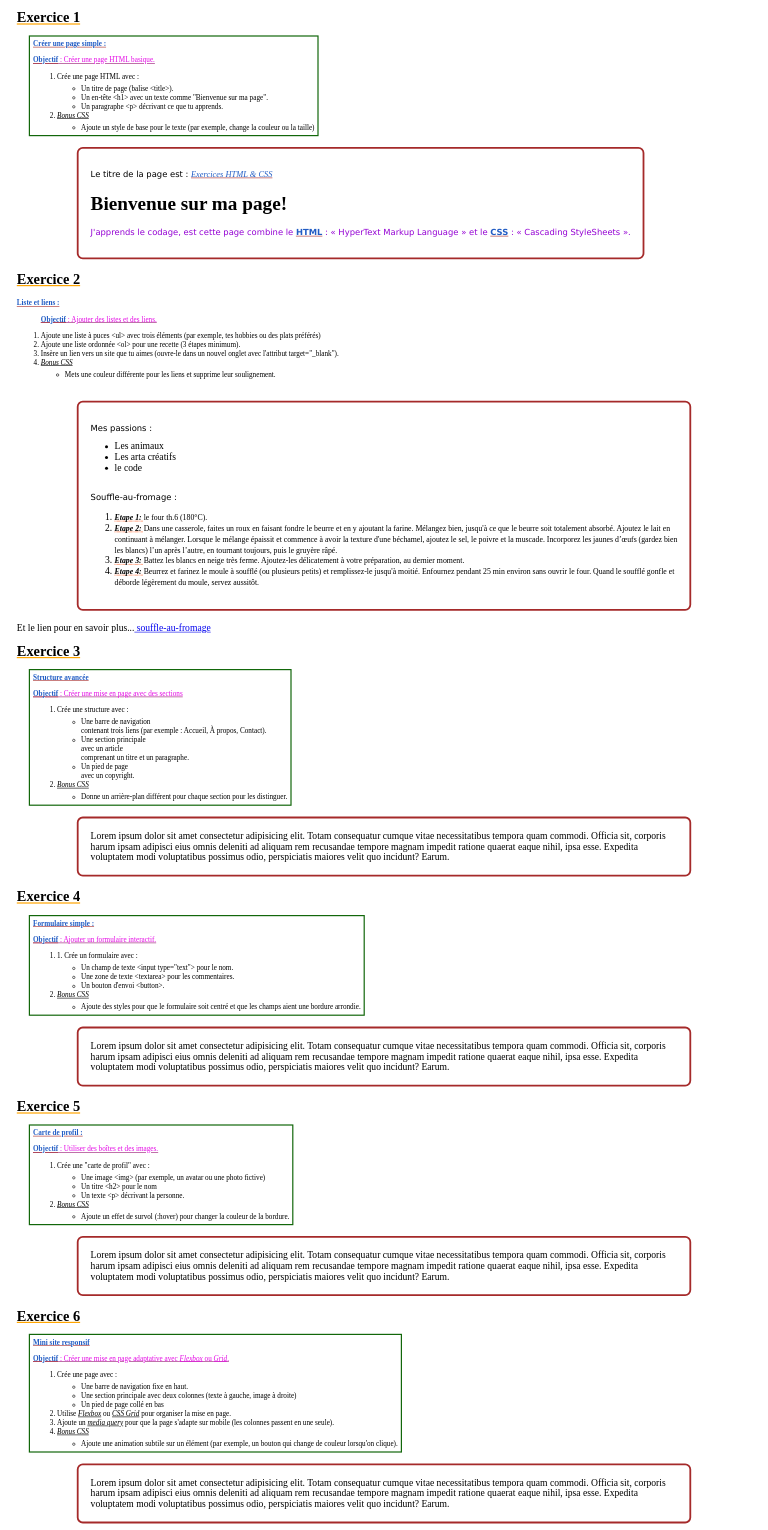
Repository: AnnaSpirit/Mimo_App
Page: Exercices_HTML&CSS.html
These files come from the project's save history. The page is drawn as it stood at one moment and after the next save; the edit follows.
The browser window is 1280 px wide. The pictures show the whole page, at 60% of full size.

Above is the page before, as saved 2024-12-08 15:47:21.

### Exercices_HTML&CSS.html
<!DOCTYPE html>
<html lang="en">
<head>
    <meta charset="UTF-8">
    <meta name="viewport" content="width=device-width, initial-scale=1.0">
    <link rel="stylesheet" href="styleCSS.css">
    <title>Exercices HTML & CSS</title>
</head>
<body>
<div>
    <span class="Ex">
    <h1>Exercice 1</h1>
    <span class="Consigne"><b>Créer une page simple :</b><br>
        <p><b>Objectif</b> : Créer une page HTML basique.</p>
        <ol>
            <li>Crée une page HTML avec :
                <ul>
                    <li>Un titre de page (balise &lt;title&gt;).</li>
                    <li>Un en-tête &lt;h1&gt; avec un texte comme "Bienvenue sur ma page".</li>
                    <li>Un paragraphe &lt;p&gt; décrivant ce que tu apprends.</li>
                </ul>
            </li>
            <li><em>Bonus CSS</em>
                <ul>
                    <li>Ajoute un style de base pour le texte (par exemple, change la couleur ou la taille)</li>
                </ul>
            </li>
        </ol>
    </span>
    </span>
    <br>
    <br>
    <span class="Resultat">
        <div>
            <span>
                <p>Le titre de la page est : <em>Exercices HTML & CSS</em>
                <h1>Bienvenue sur ma page!</h1>
                <p id="apprend">
                    J'apprends le codage, est cette page combine le <b>HTML</b> : « HyperText Markup Language » et le <b>CSS</b> : « Cascading StyleSheets ».
                </p>
                </p>
            </span>
        </div>
    </span>

</div>
    <div>
        <span class="Ex">
        <h1>Exercice 2</h1>
        <span class="Consigne, Ex"><b>Liste et liens :</b>
        <ol>
            <p><b>Objectif</b> : Ajouter des listes et des liens.</p>
            <li>Ajoute une liste à puces &lt;ul&gt; avec trois éléments (par exemple, tes hobbies ou des plats préférés)</li>
            <li>Ajoute une liste ordonnée &lt;ol&gt; pour une recette (3 étapes minimum).</li>
            <li>Insère un lien <a> vers un site que tu aimes (ouvre-le dans un nouvel onglet avec l'attribut target="_blank").</li>
            <li><em>Bonus CSS</em>
                <ul>
                    <li>Mets une couleur différente pour les liens et supprime leur soulignement.</li>
                </ul>
            </li>
        </ol>
    </span>
    </span>
    <br>
    <br>
    <span class="Resultat">
        <p>Mes passions :</p>
            <ul>
                <li>Les animaux</li>
                <li>Les arta créatifs</li>
                <li>le code</li>
            </ul><br>
            <p>Souffle-au-fromage :</p>
            <ol>
                <li><b class="etape">Etape 1: </b>
                <span class="a_faire"> le four th.6 (180°C).</span></li>
                <li><b class="etape">Etape 2: </b>
                <span class="a_faire">Dans une casserole, faites un roux en faisant fondre le beurre et en y ajoutant la farine. Mélangez bien, jusqu'à ce que
                le beurre soit totalement absorbé. Ajoutez le lait en continuant à mélanger. Lorsque le mélange épaissit et commence à
                avoir la texture d'une béchamel, ajoutez le sel, le poivre et la muscade. Incorporez les jaunes d’œufs (gardez bien les
                blancs) l’un après l’autre, en tournant toujours, puis le gruyère râpé.</span></li>
                <li><b class="etape">Etape 3: </b>
                <span class="a_faire">Battez les blancs en neige très ferme. Ajoutez-les délicatement à votre préparation, au dernier moment.</span></li>
                <li><b class="etape">Etape 4: </b>
                <span class="a_faire">Beurrez et farinez le moule à soufflé (ou plusieurs petits) et remplissez-le jusqu'à moitié. Enfournez pendant 25 min
                environ sans ouvrir le four. Quand le soufflé gonfle et déborde légèrement du moule, servez aussitôt.</span></li>
            </ol>
            <p>Et le lien pour en savoir plus...<a href="https://www.cuisineaz.com/recettes/souffle-au-fromage-facile-et-rapide-50444.aspx#preparation" target="_blank"> souffle-au-fromage</a></p>
    </span>
    </div>
    <div>
        <span class="Ex">
        <h1>Exercice 3</h1>
        <span class="Consigne"><b>Structure avancée</b><br>
        <p><b>Objectif</b> : Créer une mise en page avec des sections</p>
        <ol>
            <li>Crée une structure avec :</li>
            <ul>
                <li>Une barre de navigation <nav> contenant trois liens (par exemple : Accueil, À propos, Contact).</li>
                <li>Une section principale <main> avec un article <article> comprenant un titre et un paragraphe.</li>
                <li>Un pied de page <footer> avec un copyright.</li>
            </ul>
            <li><em>Bonus CSS </em></li>
            <ul>
                <li>Donne un arrière-plan différent pour chaque section pour les distinguer.</li>
            </ul></li>
        </ol>
    </span>
    </span>
    <br>
    <br>
    <span class="Resultat">Lorem ipsum dolor sit amet consectetur adipisicing elit. Totam consequatur cumque vitae
        necessitatibus tempora quam commodi. Officia sit, corporis harum ipsam adipisci eius omnis deleniti ad aliquam rem
        recusandae tempore magnam impedit ratione quaerat eaque nihil, ipsa esse. Expedita voluptatem modi voluptatibus
        possimus odio, perspiciatis maiores velit quo incidunt? Earum.</span>
    </div>
    <div>
        <span class="Ex">
        <h1>Exercice 4</h1>
    <span class="Consigne"><b>Formulaire simple :</b><br>
        <p><b>Objectif</b> : Ajouter un formulaire interactif.</p>
        <ol>
            <li>1. Crée un formulaire avec :</li>
                <ul>
                    <li>Un champ de texte &lt;input type="text"&gt; pour le nom.</li>
                    <li>Une zone de texte &lt;textarea&gt; pour les commentaires.</li>
                    <li>Un bouton d'envoi &lt;button&gt;.</li>
                </ul>
            </li>
            <li><em>Bonus CSS</em>
                <ul>
                    <li>Ajoute des styles pour que le formulaire soit centré et que les champs aient une bordure arrondie.</li>
                </ul>
            </li>
        </ol>
        </span>
        </span>
        <br>
        <br>
        <span class="Resultat">Lorem ipsum dolor sit amet consectetur adipisicing elit. Totam consequatur cumque vitae
            necessitatibus tempora quam commodi. Officia sit, corporis harum ipsam adipisci eius omnis deleniti ad aliquam rem
            recusandae tempore magnam impedit ratione quaerat eaque nihil, ipsa esse. Expedita voluptatem modi voluptatibus
            possimus odio, perspiciatis maiores velit quo incidunt? Earum.</span>
        </div>
    </div>
    <div>
        <span class="Ex">
        <h1>Exercice 5</h1>
        <span class="Consigne"><b>Carte de profil :</b><br>
            <p><b>Objectif</b> : Utiliser des boîtes et des images.</p>
            <ol>
                <li>Crée une "carte de profil" avec :</li>
                    <ul>
                        <li>Une image &lt;img&gt; (par exemple, un avatar ou une photo fictive)</li>
                    <li>Un titre &lt;h2&gt; pour le nom</li>
                    <li>Un texte &lt;p&gt; décrivant la personne.</li>
                    </ul>
                <li><em>Bonus CSS</em></li>
                    <ul><li>Ajoute un effet de survol (:hover) pour changer la couleur de la bordure.</li></ul>
                </li>
            </ol>
            </span>
            </span>
            <br>
            <br>
            <span class="Resultat">Lorem ipsum dolor sit amet consectetur adipisicing elit. Totam consequatur cumque vitae
                necessitatibus tempora quam commodi. Officia sit, corporis harum ipsam adipisci eius omnis deleniti ad aliquam rem
                recusandae tempore magnam impedit ratione quaerat eaque nihil, ipsa esse. Expedita voluptatem modi voluptatibus
                possimus odio, perspiciatis maiores velit quo incidunt? Earum.</span>
    </div>
    <div>
        <span class="Ex">
        <h1>Exercice 6</h1>
    <span class="Consigne"><b>Mini site responsif</b><br>
        <p><b>Objectif</b> : Créer une mise en page adaptative avec <em class="select">Flexbox</em> ou <em class="select">Grid</em>.
    <ol>
        <li>Crée une page avec :</li>
            <ul>
                <li>Une barre de navigation fixe en haut.</li>
                <li>Une section principale avec deux colonnes (texte à gauche, image à droite)</li>
                <li>Un pied de page collé en bas</li>
            </ul>
        </li>
        <li>Utilise <em class="select">Flexbox</em> ou <em class="select">CSS Grid</em> pour organiser la mise en page.</li>
        <li>Ajoute un <em class="select">media query</em> pour que la page s'adapte sur mobile (les colonnes passent en une seule).</li>
        <li><em>Bonus CSS</em>
            <ul>
                <li>Ajoute une animation subtile sur un élément (par exemple, un bouton qui change de couleur lorsqu'on clique).</li>
            </ul>
        </li>
    </ol>
    </span>
    </span>
    <br>
    <br>
    <span class="Resultat">Lorem ipsum dolor sit amet consectetur adipisicing elit. Totam consequatur cumque vitae
        necessitatibus tempora quam commodi. Officia sit, corporis harum ipsam adipisci eius omnis deleniti ad aliquam rem
        recusandae tempore magnam impedit ratione quaerat eaque nihil, ipsa esse. Expedita voluptatem modi voluptatibus
        possimus odio, perspiciatis maiores velit quo incidunt? Earum.</span>
    </div>
</body>
</html>

### styleCSS.css
html{
    margin: 0 20px 0 20px;
}
.Ex{
    font-size: 12px;
}
.Ex h1{
    font-weight: bold;
    font-size: x-large;
    text-decoration: underline orange;
}
.Ex .Consigne{
    border: 2px solid rgb(18, 103, 10);
        /* Une bordure noire de 2px */
    padding: 5px;
        /* Espace entre le texte et la bordure */
    display: inline-block;
        /* S'assurer que la bordure s'adapte au texte */
    margin: 0 20px;
            /* Décalage de 20px à droite et à gauche */
}
.Ex p{
    text-decoration: underline rgb(149, 18, 112);
    color: rgb(228, 7, 228);
}
.Ex ol,ul {
    margin-top: 5px;
    margin-bottom: 0;
}
.EX b, em{
    font-family: fantasy;
    text-decoration: underline;
}
.EX .select{
    font-style: oblique;
}



.Resultat{
    border: 3px solid brown;
    /* Une bordure noire de 2px */
    padding: 20px;
    /* Espace entre le texte et la bordure */
    border-radius: 10px;
    /* Coins arrondis */
    display: inline-block;
    /* S'assurer que la bordure s'adapte au texte */
    margin: 0 100px 0 100px;
    overflow: hidden;
    /* Empêche les enfants de déborder */
}
.Resultat p{
    font-family: 'Lucida Sans', 'Lucida Sans Regular', 'Lucida Grande', 'Lucida Sans Unicode', Geneva, Verdana, sans-serif;
    font-size: 14px;
}
.Resultat em, b{
    color: rgb(33, 92, 196);
    text-decoration: underline brown;
}
.Resultat #apprend{
    color: darkviolet;

}
.Resultat .a_faire, .etape {
    font-family:'Times New Roman', Times, serif;
    color: black;
    font-size: small;
    text-decoration: none;

}
.Resultat .etape {
    font-style: italic;
    text-decoration: underline dotted orangered;
}
..Resultat a {
    color: blue;
    /* Lien dans la classe */
    text-decoration: underline;
    /* Assure le style spécifique */
}

After the next save:
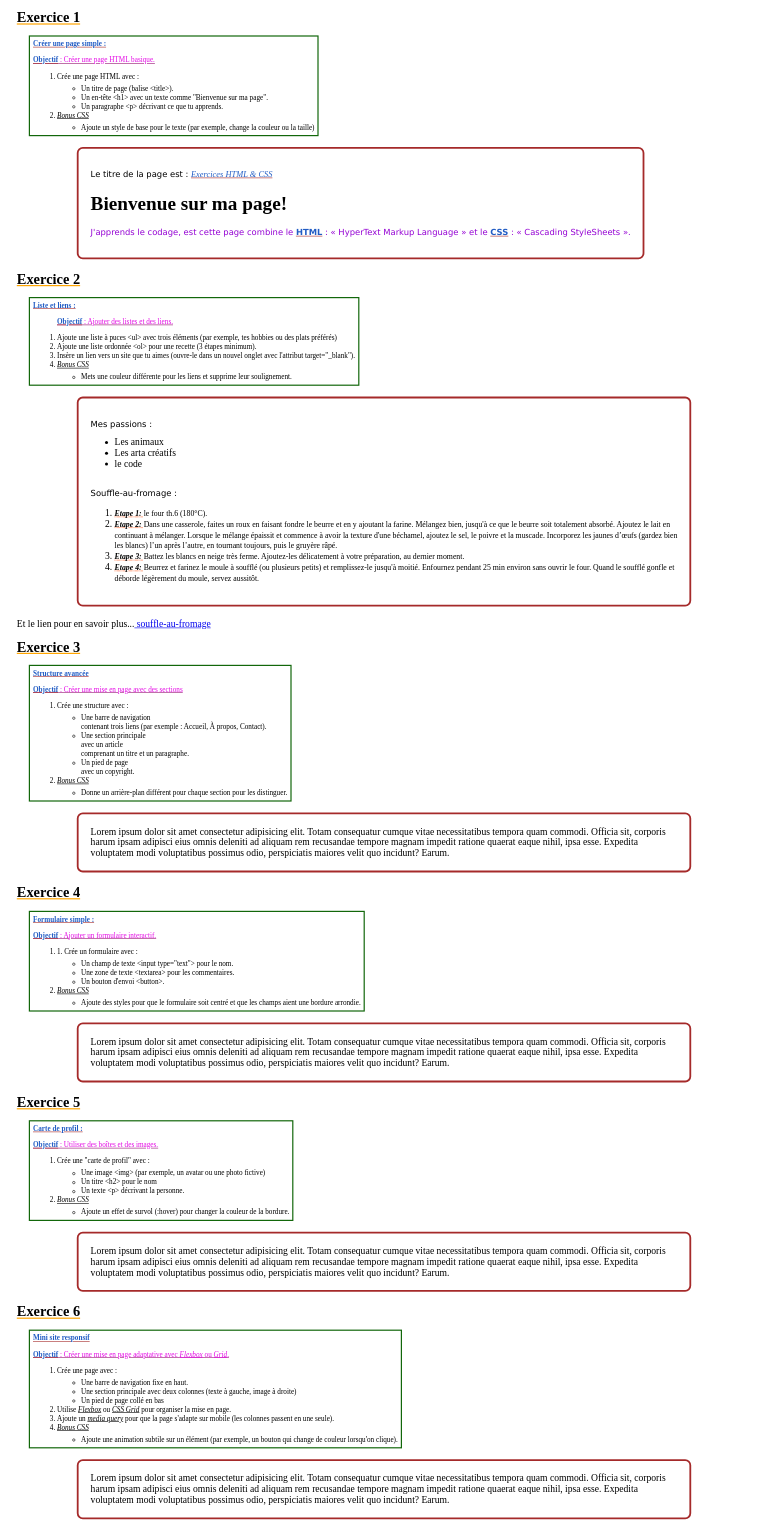
Saved 96 s later.
--- a/Exercices_HTML&CSS.html
+++ b/Exercices_HTML&CSS.html
@@ -47,7 +47,7 @@
     <div>
         <span class="Ex">
         <h1>Exercice 2</h1>
-        <span class="Consigne, Ex"><b>Liste et liens :</b>
+        <span class="Consigne"><b>Liste et liens :</b>
         <ol>
             <p><b>Objectif</b> : Ajouter des listes et des liens.</p>
             <li>Ajoute une liste à puces &lt;ul&gt; avec trois éléments (par exemple, tes hobbies ou des plats préférés)</li>
